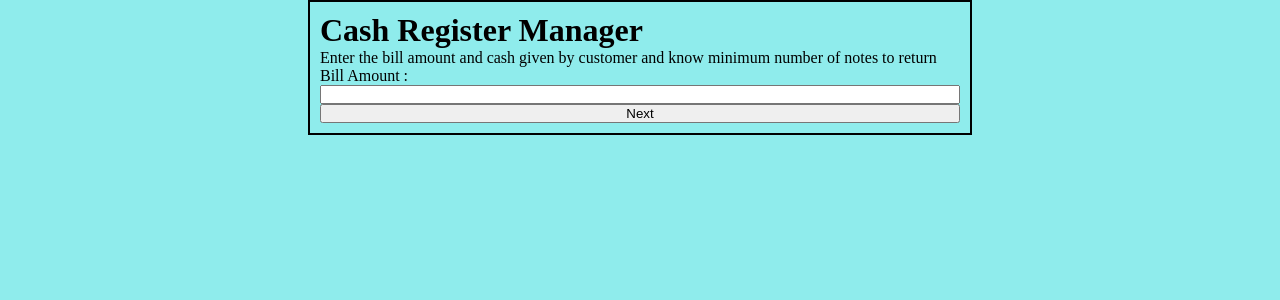
Repository: patelamancode/Cash-register-manager-app
Page: index.html
An editor plug-in stored every save of this project. The page is shown before and after the next save, followed by the edit.
The browser window is 1280 px wide. The pictures show the whole page.

Above is the page before, as saved 2022-11-18 15:27:43.

After the next save:
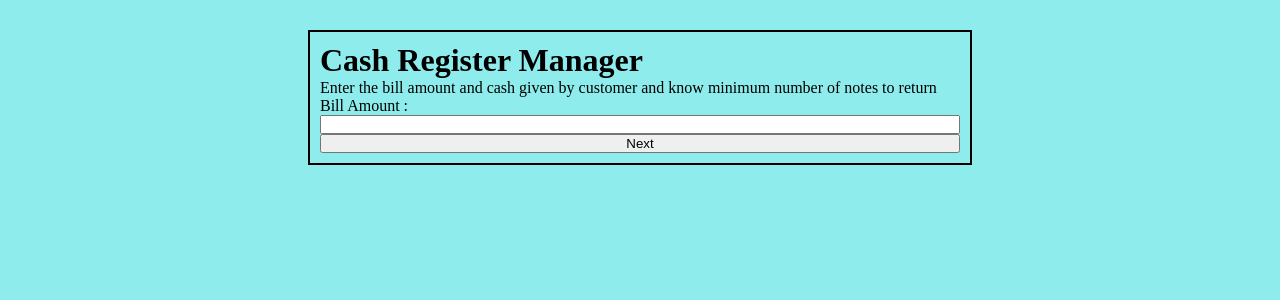
Saved 25 s later.
--- a/index.css
+++ b/index.css
@@ -12,6 +12,7 @@ body{
     flex-direction: column;
     width: 50vw;
     margin: auto;
+    margin-top: 30px;
     padding: 10px;
     border: 2px solid black;
 
